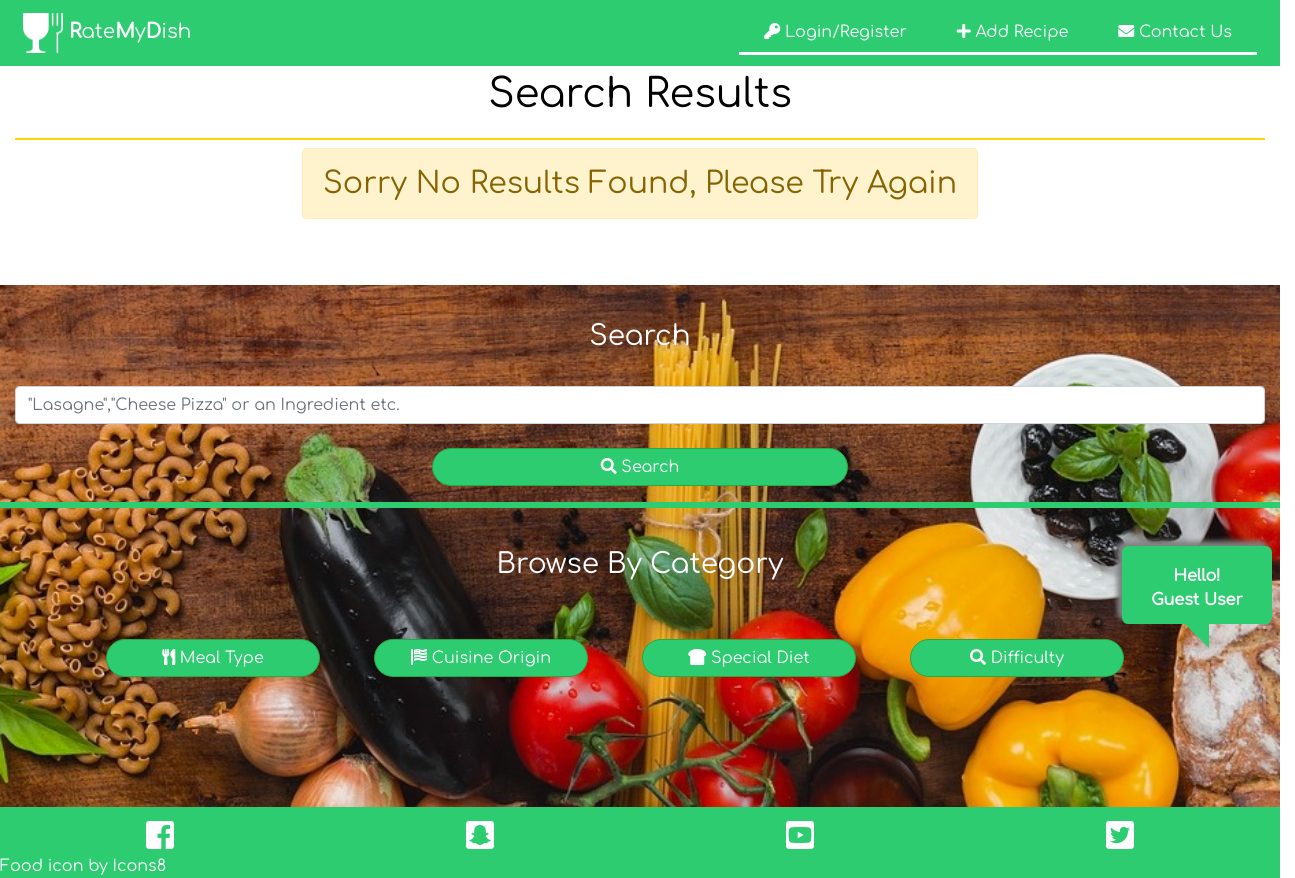
Repository: dbyrne87/ratemydish
Page: templates/search_results.html
The author's editor kept a record of every edit. The page is drawn from the files as they stood at one moment, then again after the next edit.
The browser window is 1280 px wide. The page is 1295 px wide, so the pictures cover 1295 px, including what lies to the right of the window. The pictures show the whole page.
Some web fonts or font styles are not loaded; a fallback is used. The template is drawn by Flask 3. The application's start-up code is not run. Other server files are loaded and not shown. The template is opened directly, without the code that normally fills it, so the values that code supplies are empty.

Above is the page before.

### templates/search_results.html
{% extends "base.html" %} {% block content %}

    <header class="container-fluid">
        <h1 class="col-xs-6 mx-auto text-center sub-heading">Search Results</h1>
    </header>
    <div class="container-fluid" id="search-footer">
        <div class="row">
            {% for meal_type in task %}
            <div class="col-lg-4 col-md-6 mb-4">
                <div class="card h-80 text-center text-white bg-gradient-1">
                    <img class="card-img-top" src={{meal_type.image_url}} alt="Card image cap">
                    <h4 class="card-header text-capitalize">{{meal_type.meal_title}}</h4>
                    <div class="card-body">
                        <p class="card-text"><b>Created By:</b> {{meal_type.chef_name}}<br><b>Preparation Time:</b> {{meal_type.prep_time}}<br><b>Cooking Time:</b> {{meal_type.cook_time}}<br><b>Serves:</b> {{meal_type.servings}}</p>
                    </div>
                    <form method="POST" action="{{ url_for('view_recipe', search=meal_type._id) }}">
                        <button type="submit" class="btn btn-outline-success card-footer" name="get_recipe" value="{{meal_type._id}}"><i class="fas fa-arrow-right"></i> Go To Recipe</button>
                    </form>
                </div>
            </div>
            {% else %}
            <div class="alert alert-warning mx-auto" role="alert">
                Sorry No Results Found, Please Try Again
            </div>
            <div class="container-fluid">
                <div class="jumbotron-fluid">
                    <h3 class="search-text">Search</h3>
                    <br>
                    <div class="form-group col-12">
                        <form method="POST" action="{{ url_for('search') }}">
                            <input type="text" class="form-control" id="search" name="search" placeholder='"Lasagne","Cheese Pizza" or an Ingredient etc.'>
                            <br>
                            <button type="submit" class="btn btn-outline-success col-lg-4"><i class="fas fa-search"></i> Search</button>
                        </form>
                    </div>
                    <hr>
                    <br>
                    <form>
                        <h3>Browse By Category</h3>
                        <button type="button" class="btn btn-outline-success col-sm-6 col-lg-2 category-buttons" data-toggle="modal" data-target="#meal-type-category"><i class="fas fa-utensils"></i> Meal Type</button>
                        <button type="button" class="btn btn-outline-success col-sm-6 col-lg-2 category-buttons" data-toggle="modal" data-target="#cuisine-type-category"><i class="fas fa-flag-usa"></i> Cuisine Origin</button>
                        <button type="button" class="btn btn-outline-success col-sm-6 col-lg-2 category-buttons" data-toggle="modal" data-target="#special-diet-type-category"><i class="fas fa-bread-slice"></i> Special Diet</button>
                        <button type="button" class="btn btn-outline-success col-sm-6 col-lg-2 category-buttons" data-toggle="modal" data-target="#difficulty-type-category"><i class="fas fa-search"></i> Difficulty</button>

                    </form>
                    <!-- Modal -->
                    <div class="modal fade" id="meal-type-category" tabindex="-1" role="dialog" aria-labelledby="meal-type-category" aria-hidden="true">
                        <div class="modal-dialog modal-dialog-centered" role="document">
                            <div class="modal-content">
                                <div class="modal-header">
                                    <h5 class="modal-title" id="exampleModalLongTitle">Meal Type</h5>
                                    <button type="button" class="close" data-dismiss="modal" aria-label="Close">
                                      <span aria-hidden="true">&times;</span>
                                    </button>
                                </div>
                                <div class="modal-body">
                                    <form method="POST" action="{{ url_for('category_results') }}">
                                        {% for meal_type in meal_type_category[0:3] %}
                                        <div class="selection-items">
                                            <button type="submit" class="btn btn-outline-success selection-button col-sm-12" name="type_category_button" value="{{meal_type[0:20]}}">{{meal_type[0:20]}}</button>
                                        </div>
                                        {%endfor%}
                                    </form>
                                </div>
                            </div>
                        </div>
                    </div>
                    <!-- Modal -->
                    <div class="modal fade" id="cuisine-type-category" tabindex="-1" role="dialog" aria-labelledby="cuisine-type-category" aria-hidden="true">
                        <div class="modal-dialog modal-dialog-centered" role="document">
                            <div class="modal-content">
                                <div class="modal-header">
                                    <h5 class="modal-title" id="exampleModalLongTitle">Cuisine Type</h5>
                                    <button type="button" class="close" data-dismiss="modal" aria-label="Close">
                                    <span aria-hidden="true">&times;</span>
                                    </button>
                                </div>
                                <div class="modal-body">
                                    <form method="POST" action="{{ url_for('category_results') }}">
                                        {% for cuisine_type in cuisine_type_category[0:3] %}
                                        <div class="selection-items">
                                            <button type="submit" class="btn btn-outline-success selection-button col-sm-12" name="type_category_button" value="{{cuisine_type[0:20]}}">{{cuisine_type[0:20]}}</button>
                                        </div>
                                        {%endfor%}
                                    </form>
                                </div>
                            </div>
                        </div>
                    </div>
                    <!-- Modal -->
                    <div class="modal fade" id="special-diet-type-category" tabindex="-1" role="dialog" aria-labelledby="special-diet-type-category" aria-hidden="true">
                        <div class="modal-dialog modal-dialog-centered" role="document">
                            <div class="modal-content">
                                <div class="modal-header">
                                    <h5 class="modal-title" id="exampleModalLongTitle">Special Diet</h5>
                                    <button type="button" class="close" data-dismiss="modal" aria-label="Close">
                                    <span aria-hidden="true">&times;</span>
                                    </button>
                                </div>
                                <div class="modal-body">
                                    <form method="POST" action="{{ url_for('category_results') }}">
                                        {% for special_diet in special_diet_type_category[0:3] %}
                                        <div class="selection-items">
                                            <button type="submit" class="btn btn-outline-success selection-button col-sm-12" name="type_category_button" value="{{special_diet[0:20]}}">{{special_diet[0:20]}}</button>
                                        </div>
                                        {%endfor%}
                                    </form>
                                </div>
                            </div>
                        </div>
                    </div>
                    <!-- Modal -->
                    <div class="modal fade" id="difficulty-type-category" tabindex="-1" role="dialog" aria-labelledby="difficulty-type-category" aria-hidden="true">
                        <div class="modal-dialog modal-dialog-centered" role="document">
                            <div class="modal-content">
                                <div class="modal-header">
                                    <h5 class="modal-title" id="exampleModalLongTitle">Difficulty</h5>
                                    <button type="button" class="close" data-dismiss="modal" aria-label="Close">
                                    <span aria-hidden="true">&times;</span>
                                    </button>
                                </div>
                                <div class="modal-body">
                                    <form method="POST" action="{{ url_for('category_results') }}">
                                        <div class="selection-items">
                                            <button type="submit" class="btn btn-outline-success selection-button col-sm-12" name="type_category_button" value="Easy">Easy</button>
                                        </div>
                                        <div class="selection-items">
                                            <button type="submit" class="btn btn-outline-success selection-button col-sm-12" name="type_category_button" value="Medium">Medium</button>
                                        </div>
                                        <div class="selection-items">
                                            <button type="submit" class="btn btn-outline-success selection-button col-sm-12" name="type_category_button" value="Hard">Hard</button>
                                        </div>
                                    </form>
                                </div>
                            </div>
                        </div>
                    </div>
                </div>
            </div>
        </div>
        {% endfor %}
    </div>
{% endblock %}
</div>

### templates/base.html
<!DOCTYPE html>
<html lang="en">

<head>

  <meta charset="utf-8">
  <meta name="viewport" content="width=device-width, initial-scale=1, shrink-to-fit=no">
  <meta name="description" content="Online Cookbook to Add and View Recipes For People To Like or Dislike">
  <meta name="author" content="Declan Byrne">

  <title>RateMyDish</title>
  <link rel="icon" href="https://img.icons8.com/small/16/000000/food.png">

  <link rel="stylesheet" href="https://stackpath.bootstrapcdn.com/bootstrap/4.3.1/css/bootstrap.min.css" integrity="sha384-ggOyR0iXCbMQv3Xipma34MD+dH/1fQ784/j6cY/iJTQUOhcWr7x9JvoRxT2MZw1T" crossorigin="anonymous">
  <link rel="stylesheet" href="https://use.fontawesome.com/releases/v5.7.2/css/all.css" integrity="sha384-fnmOCqbTlWIlj8LyTjo7mOUStjsKC4pOpQbqyi7RrhN7udi9RwhKkMHpvLbHG9Sr" crossorigin="anonymous">
  <link href="https://fonts.googleapis.com/css?family=Comfortaa|Sniglet" rel="stylesheet">
  <link href="/static/css/style.css" rel="stylesheet">

</head>


    <header class="container-fluid">
        <nav class="navbar container-fluid navbar-light navbar-expand-md navbar-dark bg-gradient-1 fixed-top">
            <div class="container-fluid dropdown-padding">
                <a class="navbar-brand" href="/"><img id="logo" src="/static/media/icons8-food-100.png" alt="RateMyDish Logo"> <b>R</b>ate<b>M</b>y<b>D</b>ish</a>
                <button class="navbar-toggler mr-auto" type="button" data-toggle="collapse" data-target="#navbar-content" aria-controls="navbar-content" aria-expanded="false" aria-label="Toggle navigation">
                    <span class="navbar-toggler-icon"></span>
                </button>

                <div class="collapse navbar-collapse" id="navbar-content">
                    <ul class="navbar-nav ml-auto">
                        {% if username is not none %}
                        <li class="nav-item">
                            <a class="nav-link active" href="/"><i class="fas fa-key"></i> Login/Register</a>
                        </li>
                        {% else %}
                        <li class="nav-item">
                            <a class="nav-link" href="{{ url_for('logout') }}"><i class="fas fa-sign-out-alt"></i> Log Out</a>
                        </li>
                        {% endif %}
                        </li>
                        <li class="nav-item">
                            <a class="nav-link" href="{{ url_for('add_recipe') }}"><i class="fas fa-plus"></i> Add Recipe</a>
                        </li>
                        <li class="nav-item">
                            <a class="nav-link" href="{{ url_for('contact_us') }}"><i class="fas fa-envelope"></i> Contact Us</a>
                        </li>
                    </ul>
                </div>
            </div>
        </nav>
        <div class="speech-bubble d-none d-md-block">
            <div>
                {% if username is none %}
                    <p class="text-center font-weight-bold username">Hello! <br>{{session['username']}}</p>
                {% else %}
                    <p class="text-center font-weight-bold username">Hello! <br> Guest User</p>
                {% endif %}
            </div>
        </div>
    </header>

    {% block content %} {% endblock %} <!-- Content from other html content will be inserted here -->

    <footer class="row" id="footer-background">
        <div class="col-sm-6 col-md-3 col-lg-3">
            <a class="social-icon d-none d-md-block" href="https://www.facebook.com/" target="_blank"><i class="fab fa-facebook-square fa-2x"></i></a>
        </div>
        <div class="col-sm-6 col-md-3 col-lg-3">
            <a class="social-icon d-none d-md-block" href="https://www.snapchat.com/l/en-gb/" target="_blank"><i class="fab fa-snapchat-square fa-2x"></i></a>
        </div>
        <div class="col-sm-6 col-md-3 col-lg-3">
            <a class="social-icon d-none d-md-block" href="https://www.youtube.com/" target="_blank"><i class="fab fa-youtube-square fa-2x"></i></a>
        </div>
        <div class="col-sm-6 col-md-3 col-lg-3">
            <a class="social-icon d-none d-md-block" href="https://twitter.com/?lang=en" target="_blank"><i class="fab fa-twitter-square fa-2x"></i></a>
        </div>
          <a href="https://icons8.com/icon/2470/food" target="_blank">Food icon by Icons8</a>
    </footer>

      <script src="https://code.jquery.com/jquery-3.4.1.min.js" integrity="sha256-CSXorXvZcTkaix6Yvo6HppcZGetbYMGWSFlBw8HfCJo=" crossorigin="anonymous"></script>
      <script src="https://cdnjs.cloudflare.com/ajax/libs/popper.js/1.14.7/umd/popper.min.js" integrity="sha384-UO2eT0CpHqdSJQ6hJty5KVphtPhzWj9WO1clHTMGa3JDZwrnQq4sF86dIHNDz0W1" crossorigin="anonymous"></script>
      <script src="https://stackpath.bootstrapcdn.com/bootstrap/4.3.1/js/bootstrap.min.js" integrity="sha384-JjSmVgyd0p3pXB1rRibZUAYoIIy6OrQ6VrjIEaFf/nJGzIxFDsf4x0xIM+B07jRM" crossorigin="anonymous"></script>

    </body>

</html>

Loaded but not shown: static/css/style.css (478 lines, source omitted)

After the next edit:
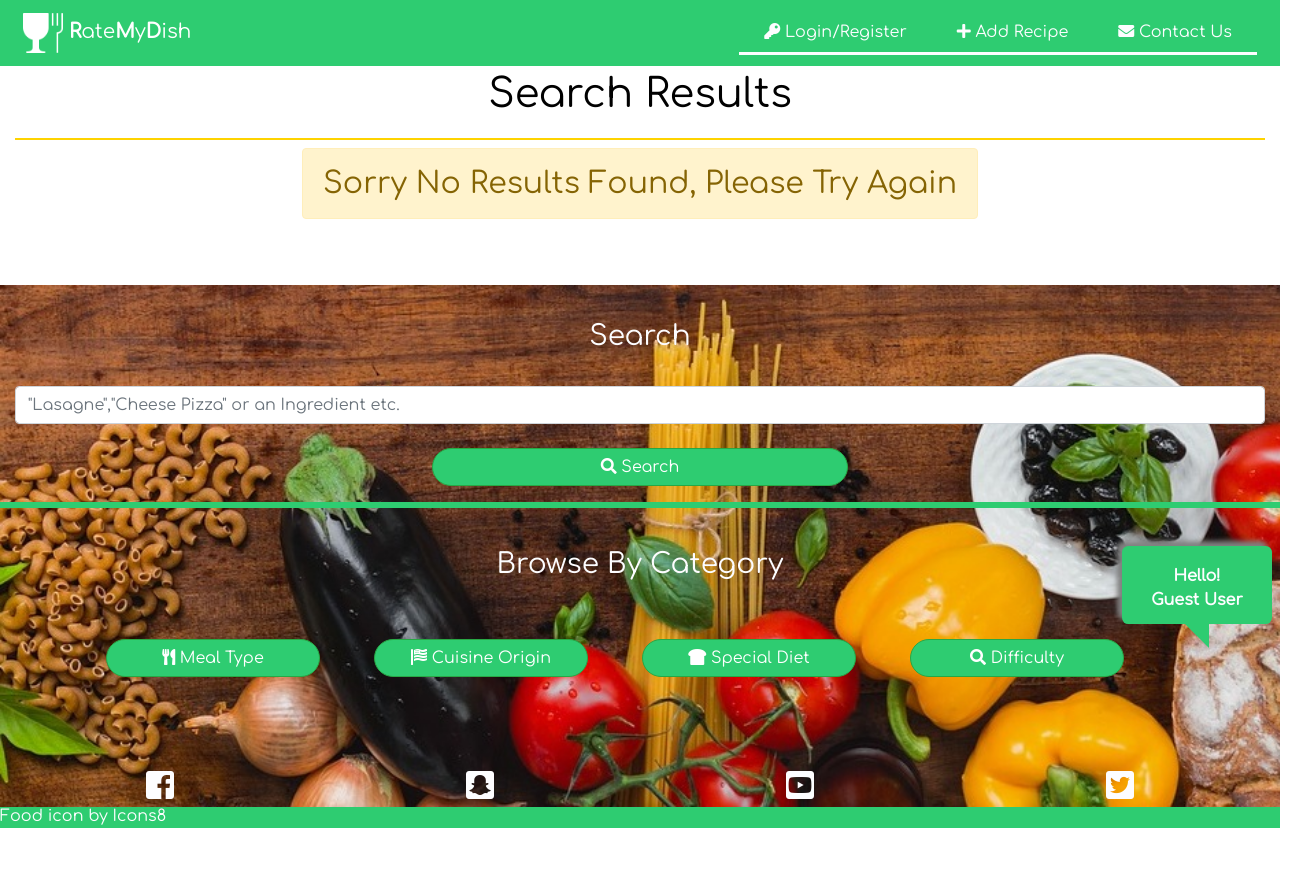
The edit:
--- a/templates/search_results.html
+++ b/templates/search_results.html
@@ -3,7 +3,7 @@
     <header class="container-fluid">
         <h1 class="col-xs-6 mx-auto text-center sub-heading">Search Results</h1>
     </header>
-    <div class="container-fluid" id="search-footer">
+    <section class="container-fluid" id="search-footer">
         <div class="row">
             {% for meal_type in task %}
             <div class="col-lg-4 col-md-6 mb-4">

After the 2 edits that followed:
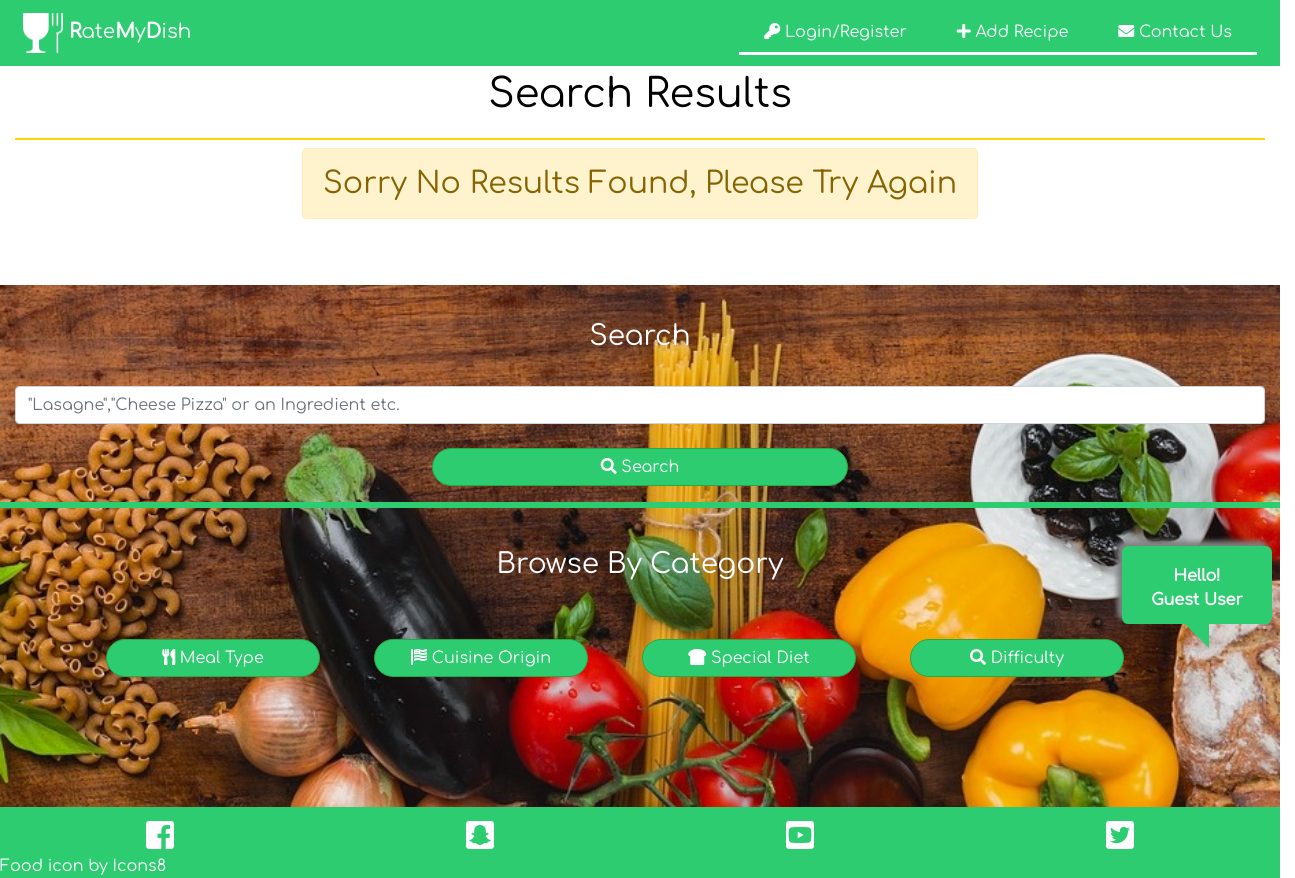
The 2 edits are shown as one change because 1 left the picture as it was.
The edit:
--- a/templates/search_results.html
+++ b/templates/search_results.html
@@ -139,6 +139,5 @@
             </div>
         </div>
         {% endfor %}
-    </div>
+    </section>
 {% endblock %}
-</div>
